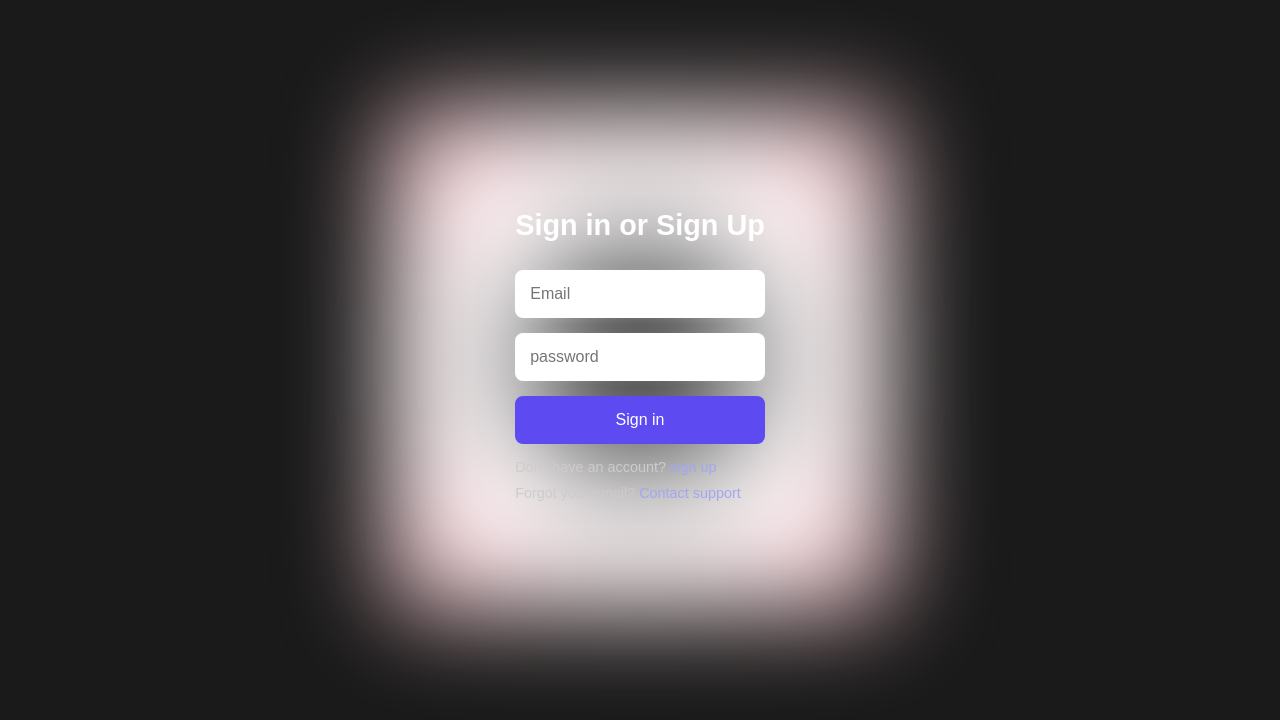
Repository: cmd-keyu/mobileppsh
Page: pages/login.html
These files come from the project's save history. The page is drawn as it stood at one moment and after the next save; the edit follows.
The browser window is 1280 px wide. The pictures show the whole page.

Above is the page before, as saved 2024-11-12 00:18:49.

After the next save:
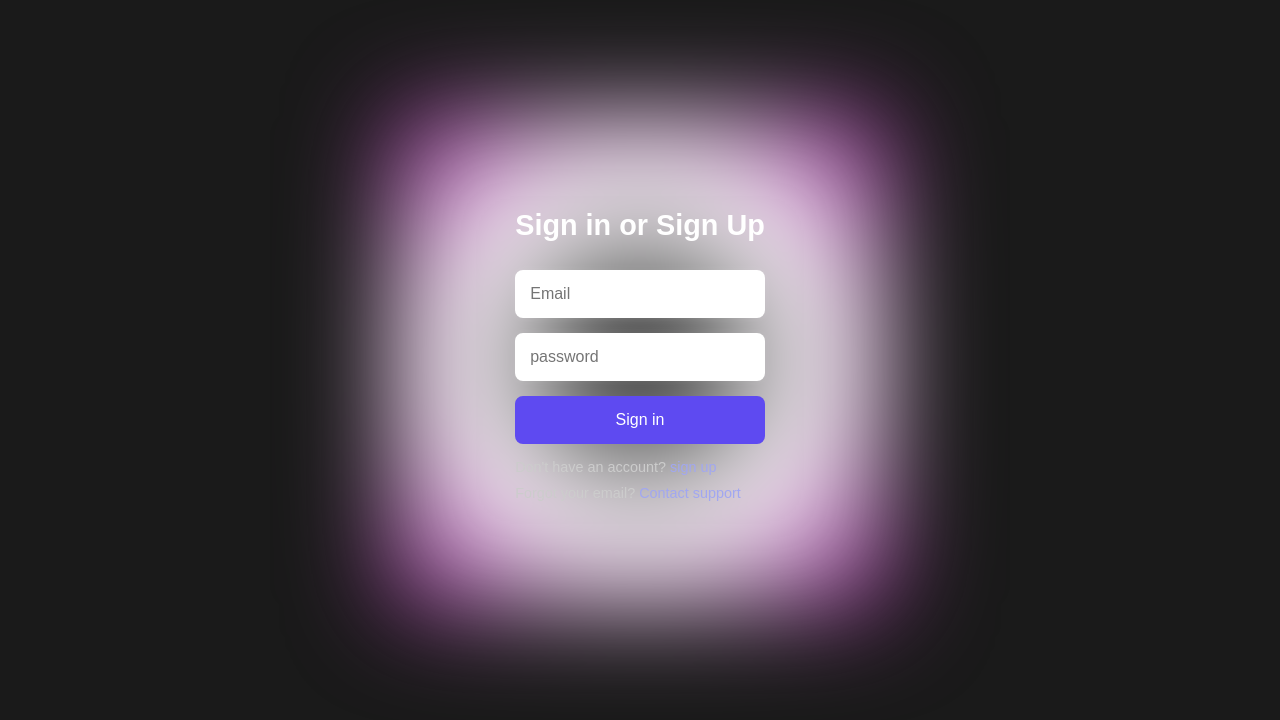
Saved 13 s later.
--- a/css/login.css
+++ b/css/login.css
@@ -27,7 +27,7 @@
     left: 50%;
     width: 500px;
     height: 500px;
-    background: radial-gradient(circle, black, white, pink);
+    background: radial-gradient(circle, black, white, purple);
     transform: translate(-50%, -50%);
     z-index: -1;
     border-radius: 5%;
